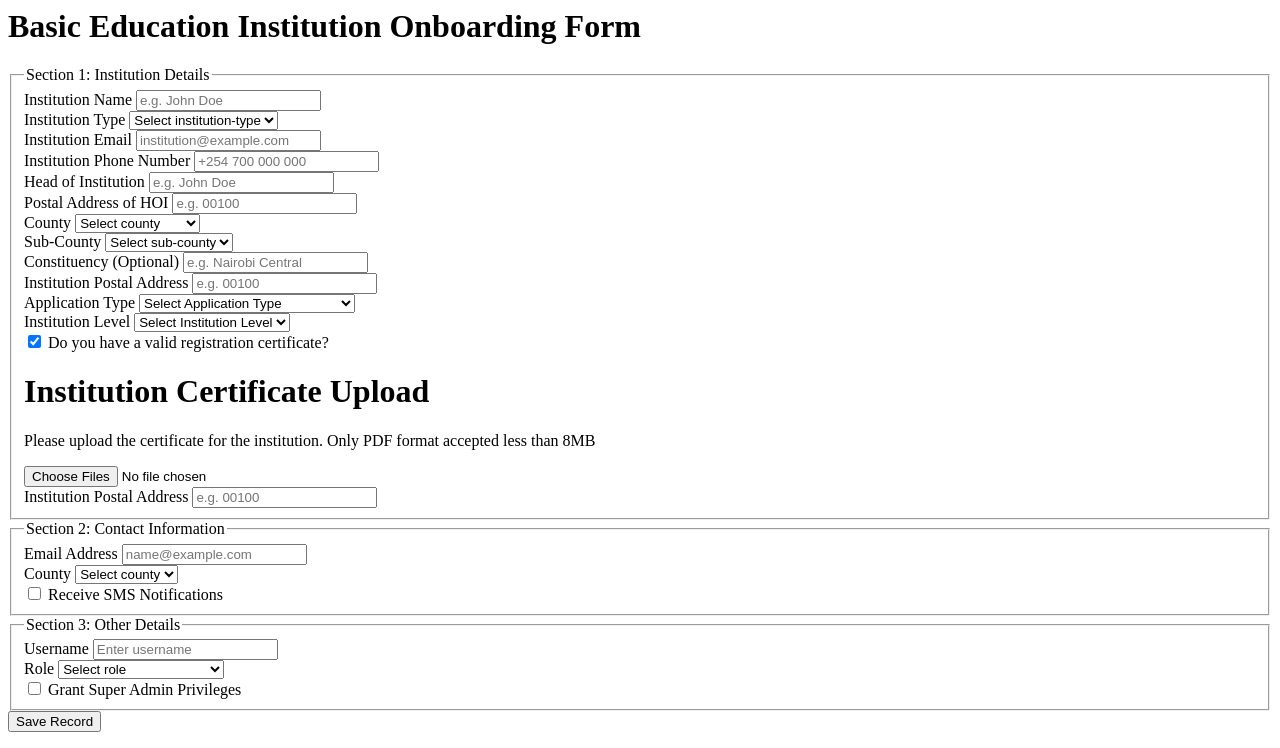
Repository: ndirituart/KEMIS
Page: angular-client/src/app/pages/basic-education/basic-education.html
These files come from the project's save history. The page is drawn as it stood at one moment and after a run of saves; the edit follows.
The browser window is 1280 px wide. The pictures show the whole page.

Above is the page before, as saved 2026-10-20 21:40:25.

### angular-client/src/app/pages/basic-education/basic-education.html
<div class="kemis-form-wrapper">
<form class="kemis-form" (ngSubmit)="onSubmit()" #myForm="ngForm">
<h1 class="text-center mb-4">Basic Education Institution Onboarding Form</h1>
  <!-- ========================================== -->
  <!-- Section 1: Institution Details                -->
  <!-- ========================================== -->
  <fieldset class="mb-4 p-3 border rounded">
    <legend class="float-none w-auto px-2 fs-5 fw-bold text-primary">Section 1: Institution Details</legend>

    <div class="row g-3">
      <!-- Institution Name -->
      <div class="col-md-6">
        <label for="fullName" class="form-label fw-semibold">Institution Name</label>
        <input type="text" class="form-control" id="fullName" name="fullName" placeholder="e.g. John Doe" required>
      </div>

      <!-- Type of School based on Gender -->
      <div class="col-md-6">
        <label for="institution-type" class="form-label fw-semibold">Institution Type</label>
        <select class="form-select" id="institution-type" name="institution-type" required>
          <option value="" disabled selected>Select institution-type</option>
          <option value="Boy's School">Boy's School</option>
          <option value="Girl's School">Girl's School</option>
          <option value="Mixed School">Mixed School</option>
        </select>
      </div>

      <!-- Institution Email -->
      <div class="col-md-6">
        <label for="emailId" class="form-label fw-semibold">Institution Email</label>
        <input type="email" class="form-control" id="emailId" name="emailId" placeholder="institution@example.com" required>
      </div>

      <!-- Institution Phone Number -->
      <div class="col-md-6">
        <label for="phoneNumber" class="form-label fw-semibold">Institution Phone Number</label>
        <input type="tel" class="form-control" id="phoneNumber" name="phoneNumber" placeholder="+254 700 000 000" required>
      </div>

      <!-- Head of Institution -->
      <div class="col-md-6">
        <label for="headOfInstitution" class="form-label fw-semibold">Head of Institution</label>
        <input type="text" class="form-control" id="headOfInstitution" name="headOfInstitution" placeholder="e.g. John Doe" required>
      </div>

      <!-- Postal Address of HOI -->
      <div class="col-md-6">
        <label for="postalAddressHoi" class="form-label fw-semibold">Postal Address of HOI</label>
        <input type="text" class="form-control" id="postalAddressHoi" name="postalAddressHoi" placeholder="e.g. 00100" required>
      </div>

      <!--County List-->
      <div class="col-md-6">
        <label for="county" class="form-label fw-semibold">County</label>
        <select class="form-select" id="county" name="county" required>
          <option value="" disabled selected>Select county</option>
      <option value="baringo">Baringo</option>
      <option value="bomet">Bomet</option>
      <option value="bungoma">Bungoma</option>
      <option value="busia">Busia</option>
      <option value="elgeyo marakwet">Elgeyo Marakwet</option>
      <option value="embu">Embu</option>
      <option value="garissa">Garissa</option>
      <option value="homa bay">Homa Bay</option>
      <option value="isiolo">Isiolo</option>
      <option value="kajiado">Kajiado</option>
      <option value="kakamega">Kakamega</option>
      <option value="kericho">Kericho</option>
      <option value="kiambu">Kiambu</option>
      <option value="kilifi">Kilifi</option>
      <option value="kirinyaga">Kirinyaga</option>
      <option value="kisii">Kisii</option>
      <option value="kisumu">Kisumu</option>
      <option value="kitui">Kitui</option>
      <option value="kwale">Kwale</option>
      <option value="laikipia">Laikipia</option>
      <option value="lamu">Lamu</option>
      <option value="machakos">Machakos</option>
      <option value="makueni">Makueni</option>
      <option value="mandera">Mandera</option>
      <option value="meru">Meru</option>
      <option value="migori">Migori</option>
      <option value="marsabit">Marsabit</option>
      <option value="mombasa">Mombasa</option>
      <option value="muranga">Muranga</option>
      <option value="nairobi">Nairobi</option>
      <option value="nakuru">Nakuru</option>
      <option value="nandi">Nandi</option>
      <option value="narok">Narok</option>
      <option value="nyamira">Nyamira</option>
      <option value="nyandarua">Nyandarua</option>
      <option value="nyeri">Nyeri</option>
      <option value="samburu">Samburu</option>
      <option value="siaya">Siaya</option>
      <option value="taita taveta">Taita Taveta</option>
      <option value="tana river">Tana River</option>
      <option value="tharaka nithi">Tharaka Nithi</option>
      <option value="trans nzoia">Trans Nzoia</option>
      <option value="turkana">Turkana</option>
      <option value="uasin gishu">Uasin Gishu</option>
      <option value="vihiga">Vihiga</option>
      <option value="wajir">Wajir</option>
      <option value="pokot">West Pokot</option>
  </select>
      </div>

      <!--TO-DO: Nestsed array for Sub-County List dependent on county chosen-->
      <div class="col-md-6">
        <label for="subCounty" class="form-label fw-semibold">Sub-County</label>
        <select class="form-select" id="subCounty" name="subCounty" required>
          <option value="" disabled selected>Select sub-county</option>
        </select>
      </div>

      <!--Constituency Name OPTIONAL-->
      <div class="col-md-6">
        <label for="constituency" class="form-label fw-semibold">Constituency (Optional)</label>
        <input type="text" class="form-control" id="constituency" name="constituency" placeholder="e.g. Nairobi Central">
      </div>

      <!--Institution Postal Address-->
      <div class="col-md-6">
        <label for="postalAddressInstitution" class="form-label fw-semibold">Institution Postal Address</label>
        <input type="text" class="form-control" id="postalAddressInstitution" name="postalAddressInstitution" placeholder="e.g. 00100" required>
      </div>

       <!-- Application Type -->
      <div class="col-md-6">
        <label for="application-type" class="form-label fw-semibold">Application Type</label>
        <select class="form-select" id="application-type" name="application-type" required>
          <option value="" disabled selected>Select Application Type</option>
          <option value="Regular School">Regular School</option>
          <option value="Regular School with Special Unit">Regular School with Special Unit</option>
          <option value="Special School">Special School</option>
        </select>
      </div>

       <!-- Institution Level -->
      <div class="col-md-6">
        <label for="institution-level" class="form-label fw-semibold">Institution Level</label>
        <select class="form-select" id="institution-level" name="institution-level" required>
          <option value="" disabled selected>Select Institution Level</option>
          <option value="Pre-Primary">Pre-Primary</option>
          <option value="Primary">Primary</option>
          <option value="Secondary">Secondary</option>
          <option value="High School">High School</option>
        </select>
      </div>

      <!-- Boolean Toggle (Switch) -->
      <div class="col-12 mt-3">
        <div class="form-check form-switch">
          <input class="form-check-input" type="checkbox" role="switch" id="isActive" name="isActive" checked>
          <label class="form-check-label fw-semibold" for="isActive">Do you have a valid registration certificate?</label>
        </div>
      </div>

      <!--Certificate Upload-->
      <div class="upload">
        <h1>Institution Certificate Upload</h1>
        <p class="upload__description">Please upload the certificate for the institution. Only PDF format accepted less than 8MB </p>
        <input class="upload__input" id="certificate_pdf" type="file" multiple />
        <div class="upload__files">
        </div>
      </div>

      <!--Institution Postal Address-->
      <div class="col-md-6">
        <label for="postalAddressInstitution" class="form-label fw-semibold">Institution Postal Address</label>
        <input type="text" class="form-control" id="postalAddressInstitution" name="postalAddressInstitution" placeholder="e.g. 00100" required>
      </div>
    </div>
  </fieldset>

  <!-- ========================================== -->
  <!-- SECTION 2: Coordinates            -->
  <!-- ========================================== -->
  <fieldset class="mb-4 p-3 border rounded">
    <legend class="float-none w-auto px-2 fs-5 fw-bold text-primary">Section 2: Contact Information</legend>

    <div class="row g-3">
      <!-- Text Input -->
      <div class="col-md-6">
        <label for="emailId" class="form-label fw-semibold">Email Address</label>
        <input type="emailId" class="form-control" id="emailId" name="emailId" placeholder="name@example.com" required>
      </div>

      <!-- Dropdown -->
      <div class="col-md-6">
        <label for="county" class="form-label fw-semibold">County</label>
        <select class="form-select" id="county" name="county" required>
          <option value="" disabled selected>Select county</option>
          <option value="Nairobi">Nairobi</option>
          <option value="Mombasa">Mombasa</option>
          <option value="Kisumu">Kisumu</option>
        </select>
      </div>

      <!-- Boolean Toggle -->
      <div class="col-12 mt-3">
        <div class="form-check form-switch">
          <input class="form-check-input" type="checkbox" role="switch" id="receiveSms" name="receiveSms">
          <label class="form-check-label fw-semibold" for="receiveSms">Receive SMS Notifications</label>
        </div>
      </div>
    </div>
  </fieldset>

  <!-- ========================================== -->
  <!-- SECTION 3: Other Details                -->
  <!-- ========================================== -->
  <fieldset class="mb-4 p-3 border rounded">
    <legend class="float-none w-auto px-2 fs-5 fw-bold text-primary">Section 3: Other Details</legend>

    <div class="row g-3">
      <!-- Text Input -->
      <div class="col-md-6">
        <label for="username" class="form-label fw-semibold">Username</label>
        <input type="text" class="form-control" id="username" name="username" placeholder="Enter username" required>
      </div>

      <!-- Dropdown -->
      <div class="col-md-6">
        <label for="role" class="form-label fw-semibold">Role</label>
        <select class="form-select" id="role" name="role" required>
          <option value="" disabled selected>Select role</option>
          <option value="Admin">Admin</option>
          <option value="IT Officer">IT Officer</option>
          <option value="Head of Institution (HOI)">Head of Institution (HOI)</option>
        </select>
      </div>

      <!-- Boolean Toggle -->
      <div class="col-12 mt-3">
        <div class="form-check form-switch">
          <input class="form-check-input" type="checkbox" role="switch" id="isSuperAdmin" name="isSuperAdmin">
          <label class="form-check-label fw-semibold" for="isSuperAdmin">Grant Super Admin Privileges</label>
        </div>
      </div>
    </div>
  </fieldset>

  <!-- Submit Button -->
  <div class="d-grid gap-2 mt-4">
    <button type="submit" class="btn btn-primary btn-lg">Save Record</button>
  </div>

</form>
</div>

After the next 2 saves:
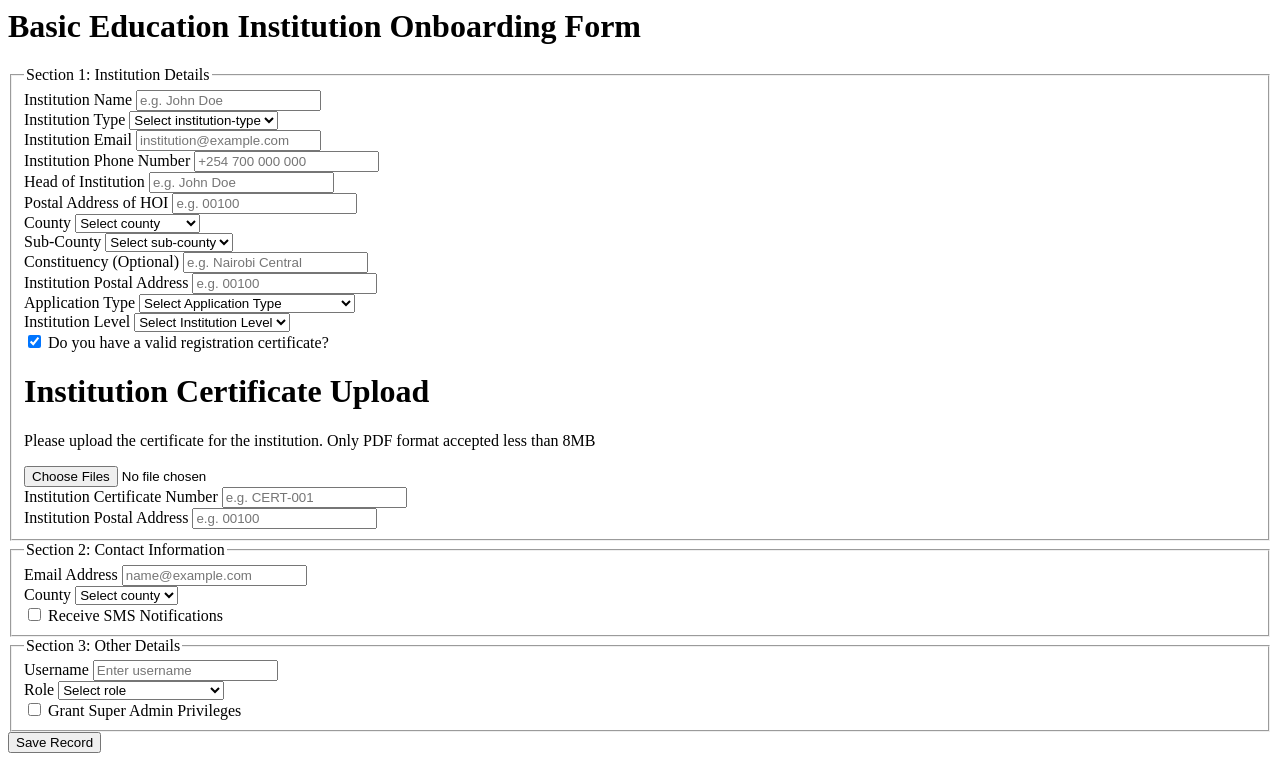
The 2 saves are shown as one change because they came seconds apart.
The last was saved 12 s later.
--- a/angular-client/src/app/pages/basic-education/basic-education.html
+++ b/angular-client/src/app/pages/basic-education/basic-education.html
@@ -164,6 +164,12 @@
         </div>
       </div>
 
+      <!--Institution Certificate Number-->
+      <div class="col-md-6">
+        <label for="certificateNumber" class="form-label fw-semibold">Institution Certificate Number</label>
+        <input type="text" class="form-control" id="certificateNumber" name="certificateNumber" placeholder="e.g. CERT-001" required>
+      </div>
+
       <!--Institution Postal Address-->
       <div class="col-md-6">
         <label for="postalAddressInstitution" class="form-label fw-semibold">Institution Postal Address</label>
